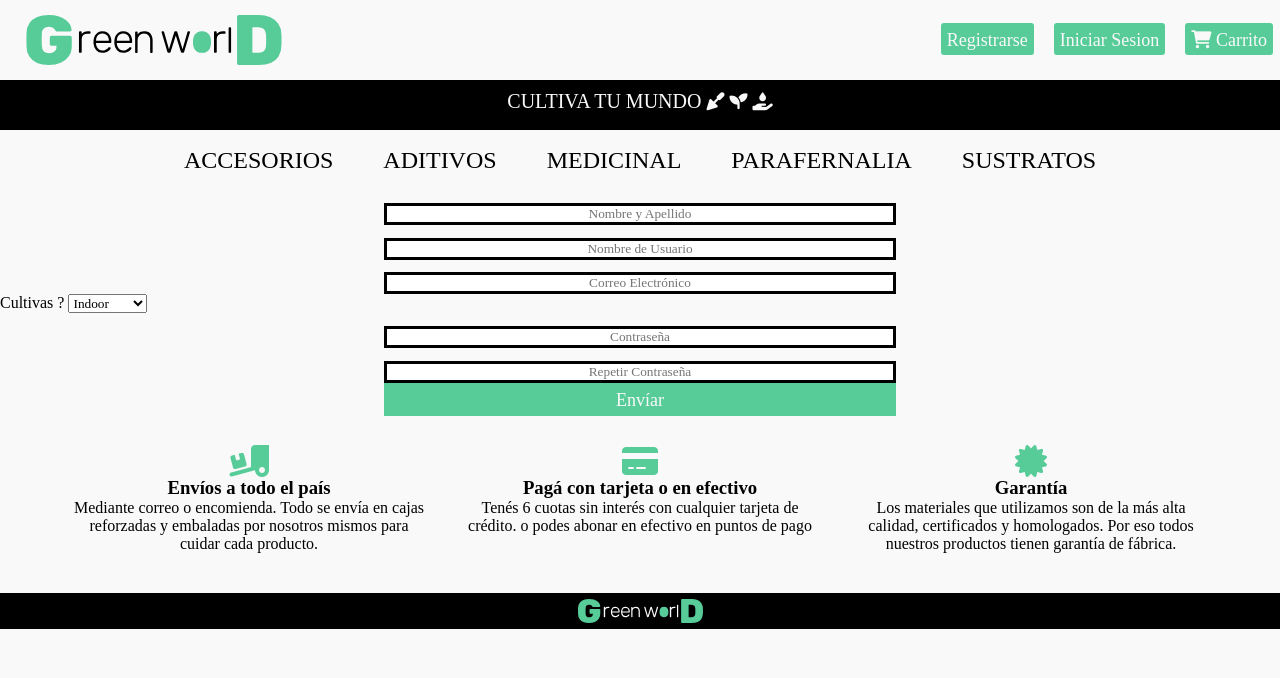
Repository: francoG98/grupo_9_Green_World
Page: source/views/register.html
These files come from the project's save history. The page is drawn as it stood at one moment and after the next save; the edit follows.
The browser window is 1280 px wide. The pictures show the whole page.
Some web fonts or font styles are not loaded; a fallback is used. Some web libraries are served in a nearby version.

Above is the page before, as saved 2022-06-24 20:11:39.

### source/views/register.html
<!DOCTYPE html>
<html lang="en">
<head>
    <meta charset="UTF-8">
    <meta http-equiv="X-UA-Compatible" content="IE=edge">
    <meta name="viewport" content="width=device-width, initial-scale=1.0">
    <title>Green World</title>

    <link rel="preconnect" href="https://fonts.googleapis.com">
<link rel="preconnect" href="https://fonts.gstatic.com" crossorigin>
<link href="https://fonts.googleapis.com/css2?family=Abel&family=Anek+Gujarati:wght@100;200;300;400;500;600;700;800&display=swap" rel="stylesheet">
<link rel="stylesheet" href="https://cdnjs.cloudflare.com/ajax/libs/font-awesome/6.1.1/css/all.min.css" integrity="sha512-KfkfwYDsLkIlwQp6LFnl8zNdLGxu9YAA1QvwINks4PhcElQSvqcyVLLD9aMhXd13uQjoXtEKNosOWaZqXgel0g==" crossorigin="anonymous" referrerpolicy="no-referrer" />
<link rel="stylesheet" href="/css/main-register.css">
<link rel="stylesheet" href="/css/header.css">
<link rel="stylesheet" href="/css/footer.css">

</head>
<body>
    <header>
        <div class="header-top-bar">
            <figure>
                <a href="/"><img src="/assets/logo-edu.svg" alt="Logo Green World" class="header-logo"></a>
            </figure>
            <div class="chart-burger">
                <a href="/chart" >
                    <i class="fa-solid fa-basket-shopping"></i>
                </a>
                <a href="" >
                    <i class="fas fa-bars"></i>
                </a>
            </div>
            <nav class="header-top-nav-bar">
                <ul>
                    <li><a href="/register">Registrarse</a> </li>
                    <li><a href="/login">Iniciar Sesion</a></li>
                    <li><a href="/chart"><i class="fa-solid fa-cart-shopping"></i>  Carrito</a></li>
                </ul>
            </nav>
        </div>
        <h2>CULTIVA TU MUNDO   <i id="pala" class="fa-solid fa-trowel"></i>    <i id="planta" class="fa-solid fa-seedling"></i>    <i id="agua" class="fa-solid fa-hand-holding-droplet"></i></h2>



        <nav class="header-bottom-nav-bar">
            <ul>
                <li ><a href="/accesorios">ACCESORIOS</a></li>
                <li ><a href="/aditivos">ADITIVOS</a></li>
                <li ><a href="/medicinal">MEDICINAL</a></li>
                <li ><a href="/parafernalia">PARAFERNALIA</a></li>
                <li ><a href="/sustratos">SUSTRATOS</a></li>
            </ul>
        </nav>
    </header>
    <main>
          <form method="post" action="">
            <p>
                <input type="text" name="nombre-apellido" placeholder="Nombre y Apellido" required>
            </p>
            <p>
                <input type="text" name="usuario" placeholder="Nombre de Usuario" required>
            </p>
            <p>
                <input type="mail" name="mail" placeholder="Correo Electrónico" required>
            </p>
            <p>
                <label for="cultivo"> Cultivas ?</label>
                    <select name="cultivo" id="cultivo" required>
                        <option value="Indoor">Indoor</option>
                        <option value="outdoor">Outdoor</option>
                        <option value="ambas">ambas</option>
                        <option value="ninguna">No cultivo</option>
                    </select>
            </p>
            <p>
                <input type="password" name="password" placeholder="Contraseña" required>
            </p>
            <p>
                <input type="password" name="repetir-password" placeholder="Repetir Contraseña" required>
            </p>
            <a href="./home.html"><button type="submit" name="registrar"> Envíar </button></a>
    </main>
    <footer>
        <div class="footer-top-bar">
            <section>
                <i class="fa-solid fa-truck-ramp-box"></i>
                <h3>Envíos a todo el país</h3>
                <p>Mediante correo o encomienda. Todo se envía en cajas reforzadas y embaladas por nosotros mismos para cuidar cada producto.</p>
            </section>
            <section>
                <i class="fa-solid fa-credit-card"></i>
                <h3>Pagá con tarjeta o en efectivo</h3>
                <p>Tenés 6 cuotas sin interés con cualquier tarjeta de crédito. o podes abonar en efectivo en
                    puntos de pago</p>
            </section>
            <section>
                <i class="fa-solid fa-certificate"></i>
                <h3>Garantía</h3>
                <p>Los materiales que utilizamos son de la más alta calidad, certificados y homologados. Por eso todos nuestros productos tienen garantía de fábrica.</p>
            </section>
        </div>
        <div class="footer-bottom-bar">
            <a href="/"><img src="/assets/logo-blanco-57cc99.svg" alt="Logo Green World" class="header-logo"></a>


        </div>
    </footer>

</body>
</html>

### public/css/main-register.css
*{
    margin: 0px;
    padding: 0px;
    box-sizing: border-box;
    font-family: "Anek Gujarati";
    }
a button{
    text-decoration: none;
        font-size: 18px;
        color:#f9f9f9;
        background-color:#57CC99;
        Width: 40%;
        padding:7px 6px 5px 6px;
        border: none;
        transition: opacity 200ms;
        justify-content: center;
        text-align: center;
        margin-left: 30%;
}
input{
    margin-left: 30%;
    margin-top: 1%;
    border: 3px solid ;
    width: 40%;
    text-align: center;
    font-family: 'Anek Gujarati' ;
     ;

}

### public/css/header.css
*{
    margin: 0px;
    padding: 0px;
    box-sizing: border-box;
    font-family: "Anek Gujarati";
    }
header{
    height:72px
}
.header-top-bar{
    display: flex;
    flex-wrap: wrap;
    /*
    background-color: #af95e2;*/
    background-color: #f9f9f9;
    align-items: center;
    justify-content: space-between;
    height: 40px;
    width:100vw;

}
.header-top-bar figure{
    width: 220px;
    height: 32px;;
    margin: 4px;

}
.header-logo{
    width: 100%;
    height:32px;


}
header h2{
    width: 100%;
    text-align: center;
    font-weight: normal;;
    background-color:black;
    color: #f9f9f9;;
    font-size: 18px;
    height:32px;;
    padding-top:6px


}

nav.header-top-nav-bar{
    width: 100%;
    order:3;
}

div.chart-burger{
    display: flex;
    justify-content: flex-end;
    align-items: center;
    gap: 5px;
    margin: 4px 10px;

}
div.chart-burger a{
    text-align:center;
    color:#f9f9f9;;
    /*
    background-color: #3e0b5e;*/
    background-color: #57CC99;
    box-sizing: border-box;
    height:32px;
    font-size: 18px;
    width: 32px;
    padding-top:4.4px;
    border-radius: 3px

}


nav.header-top-nav-bar ul{
    list-style: none;
    margin: 0 ;
    padding: 0;
    display: none;
    justify-content: space-between;
    flex-wrap: wrap;
}
nav.header-top-nav-bar ul li{
    width: 50%
}


.header-bottom-nav-bar ul{
    list-style: none;
    margin: 0 ;
    padding: 0;
    display: none

}

@media(min-width:768px){
    .header-top-nav-bar{
        display: none;
        order: 2;
        width: 100vw
    }

}
@media(min-width:1024px){
    body{background-color: #f9f9f9;

    }
    header{
        background-color: #f9f9f9;
        height: auto

    }
    .header-top-bar{
        display: flex;
        flex-wrap: wrap;
        background-color: #f9f9f9;
        align-items: center;
        justify-content: space-between;
        height: 80px;
        width:100vw;
        max-width: 1400px;
        margin:auto
    }
    .header-top-bar figure{
        width: 300px;
        height: 50px

    }
    .header-logo{
        height:100%;
    }

    nav.header-top-nav-bar{
        height:40px;
        align-items: center;
        display:flex;
        justify-content: flex-end;
        width:auto
    }

    div.chart-burger{
        display: none;
        order:5;
        width: 100%
    }
    nav.header-top-nav-bar ul{
        list-style: none;
        padding: 0;
        display: flex;
        justify-content: flex-end;
        align-items: center;
        flex-wrap: wrap;
        gap: 20px;
        text-decoration: none;
        margin:7px;
        order:3
    }
    nav.header-top-nav-bar ul li {
        width: auto;
    }
    nav.header-top-nav-bar ul li a{
        text-decoration: none;
        font-size: 18px;
        color:#f9f9f9;
        background-color:#57CC99;
        padding:7px 6px 5px 6px;
        border-radius:3px;
        transition: opacity 200ms
    }

    nav.header-top-nav-bar ul li a:hover{
        opacity: 0.7
    }
    header h2{
        width: 100%;
        height: 50px;
        padding-top: 10px;
        font-weight: normal;
        background-color:black;
        color: #f9f9f9;
        font-size: 20px;

    }
    #pala{
        transition: color 500ms, font-size 500ms
    }
    #pala:hover{
        color:#f65a5a;
        font-size: 40px
    }
    #planta{
        transition: color 500ms, font-size 500ms
    }
    #planta:hover{
        color:#80ed99;
        font-size: 40px
    }
    #agua{
        transition: color 500ms, font-size 500ms
    }
    #agua:hover{
        color:#90c0e0;
        font-size: 40px
    }


    .header-bottom-nav-bar ul{

        display: flex;
        justify-content: center;
        align-items: center;
        gap: 50px;
        height: 60px
    }
    .header-bottom-nav-bar ul a{
        text-decoration: none;
        font-size: 24px;
        color: black;

        transition: font-size 200ms
    }
    .header-bottom-nav-bar ul a:hover{
        font-size:30px;
        font-weight: 500;
        color: #57CC99
    }
}

### public/css/footer.css
footer{
    background-color:#f9f9f9

}
.footer-top-bar{
    display:flex;
    flex-wrap:wrap
}
.footer-top-bar section{
    width:100%;
    text-align: center;
    padding:10px
}

.footer-top-bar section i{
    color:#57CC99;
    font-size: 2em;
    line-height:10px;
    margin: auto;
    }
.footer-top-bar section h3{
font-weight:700
}
.footer-top-bar section p{
    font-family:"Abel"
}
.footer-bottom-bar{
    background-color:black;

}
.footer-bottom-bar a{
    display: flex;
    justify-content: center;
    align-content: center;
    padding:6px
}
.footer-bottom-bar a img{
    max-width:125px
}

@media(min-width:768px){
    .footer-top-bar{
        display:flex;
        justify-content: center;
        gap: 10px;
        padding: 30px 5px
    }
    .footer-top-bar section{
        width: 30%
    }


}

After the next save:
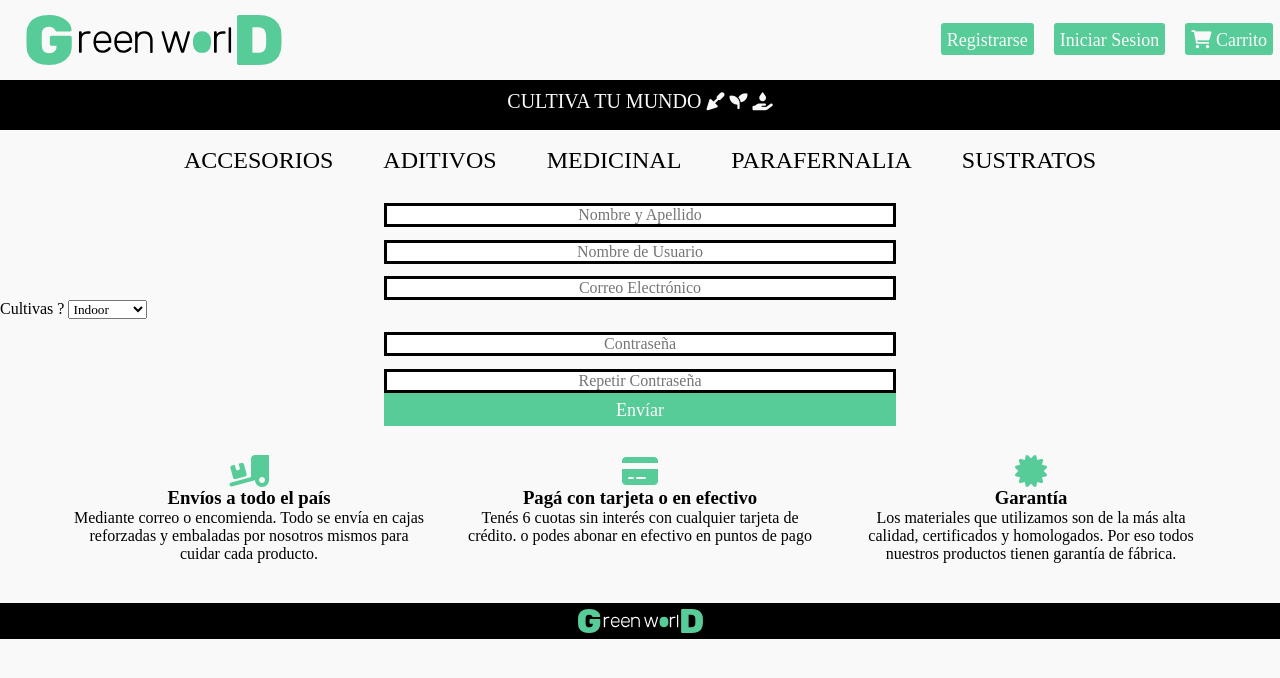
Saved 30 s later.
--- a/public/css/main-register.css
+++ b/public/css/main-register.css
@@ -23,7 +23,7 @@ input{
     border: 3px solid ;
     width: 40%;
     text-align: center;
-    font-family: 'Anek Gujarati' ;
+    font-size: 16px;
      ;
 
 }
